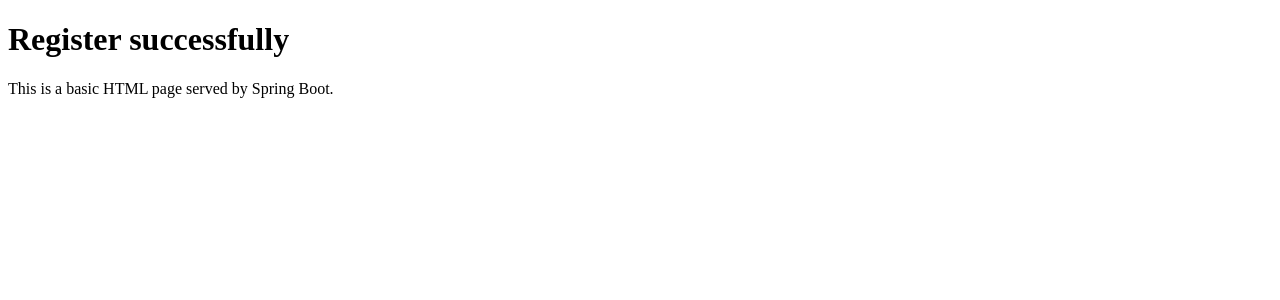
Repository: Yemili/springboot_application
Page: workspace/student/src/main/resources/static/index.html
The author's editor kept a copy of each file at every save. The page is drawn from the files as they stood at one save, then again after the next save.
The browser window is 1280 px wide. The pictures show the whole page.

Above is the page before, as saved 2024-09-26 05:42:04.

After the next save:
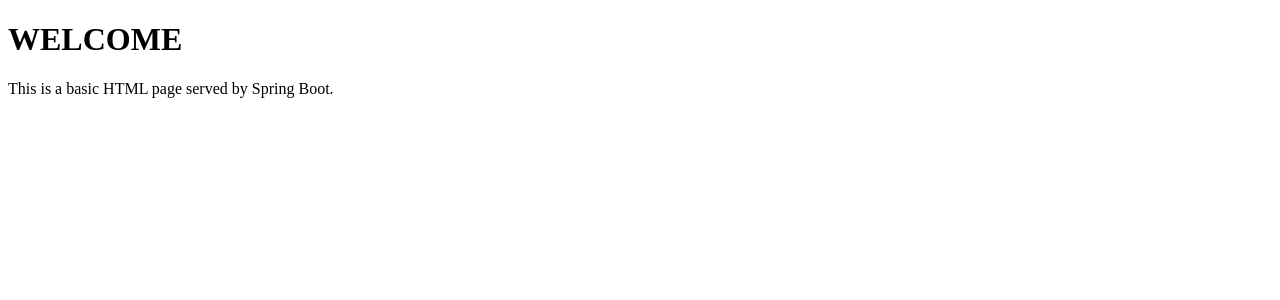
Saved 24 s later.
--- a/workspace/student/src/main/resources/static/index.html
+++ b/workspace/student/src/main/resources/static/index.html
@@ -6,7 +6,7 @@
     <title>registration form</title>
 </head>
 <body>
-    <h1>Register successfully</h1>
+    <h1>WELCOME</h1>
     <p>This is a basic HTML page served by Spring Boot.</p>
 </body>
 </html>
